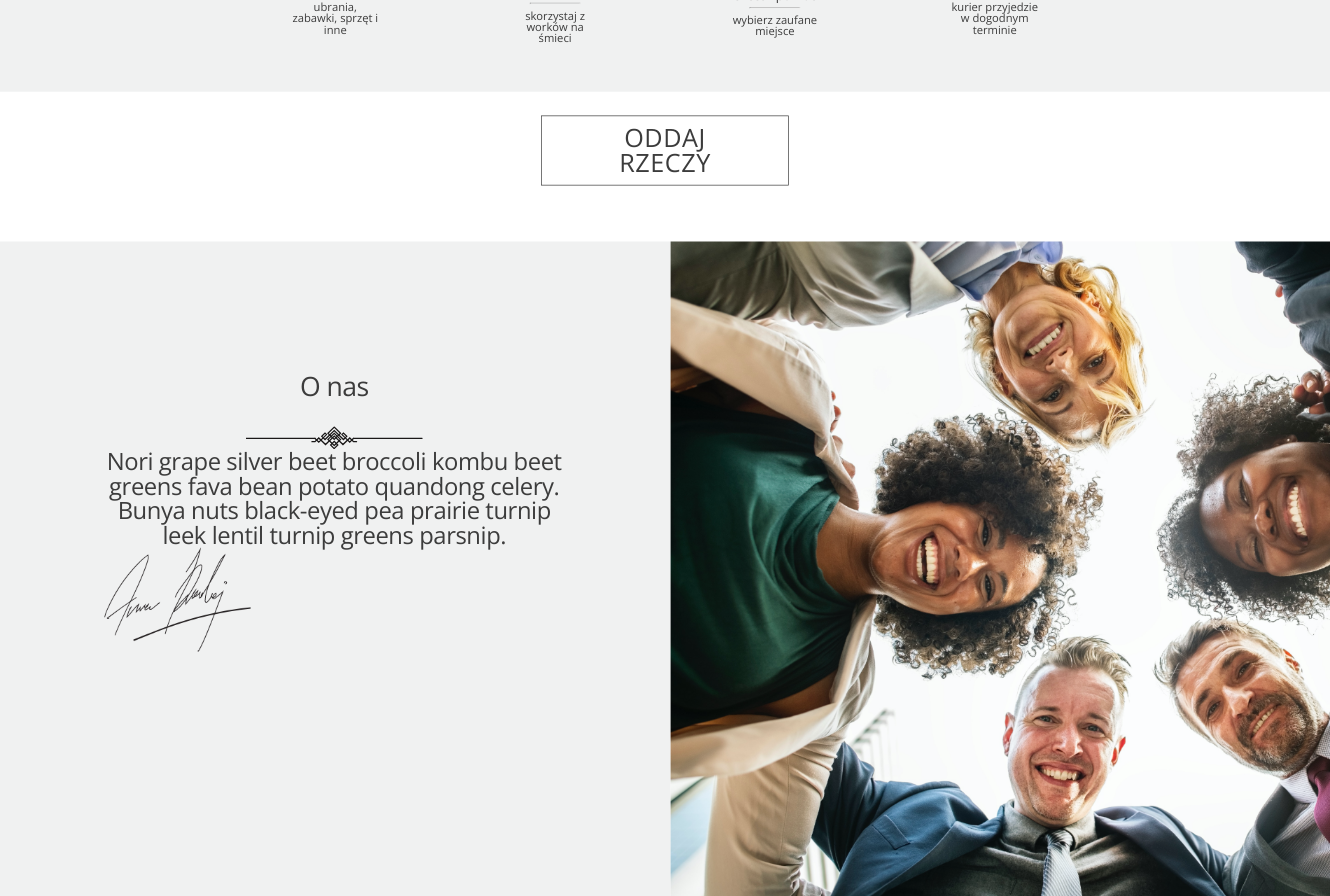
Repository: tomekwoojcik/oddam-w-dobre-rence
Page: /
An editor plug-in stored every save of this project. The page is shown before and after the next save, followed by the edit.
The browser window is 1280 px wide. The page is 1900 px wide, so the pictures cover 1900 px, including what lies to the right of the window. The pictures show the part of the page from y = 1720 to 3000 px (the page is 3000 px tall), at 70% of full size.
The project was rebuilt for these pictures with package versions that can differ from the ones it lists, and the page was loaded fresh each time. Also part of the build but not shown: src/pages/logIn/logIn.js, src/pages/register/register.js.

Above is the page before, as saved 2022-12-08 09:36:41.

After the next save:
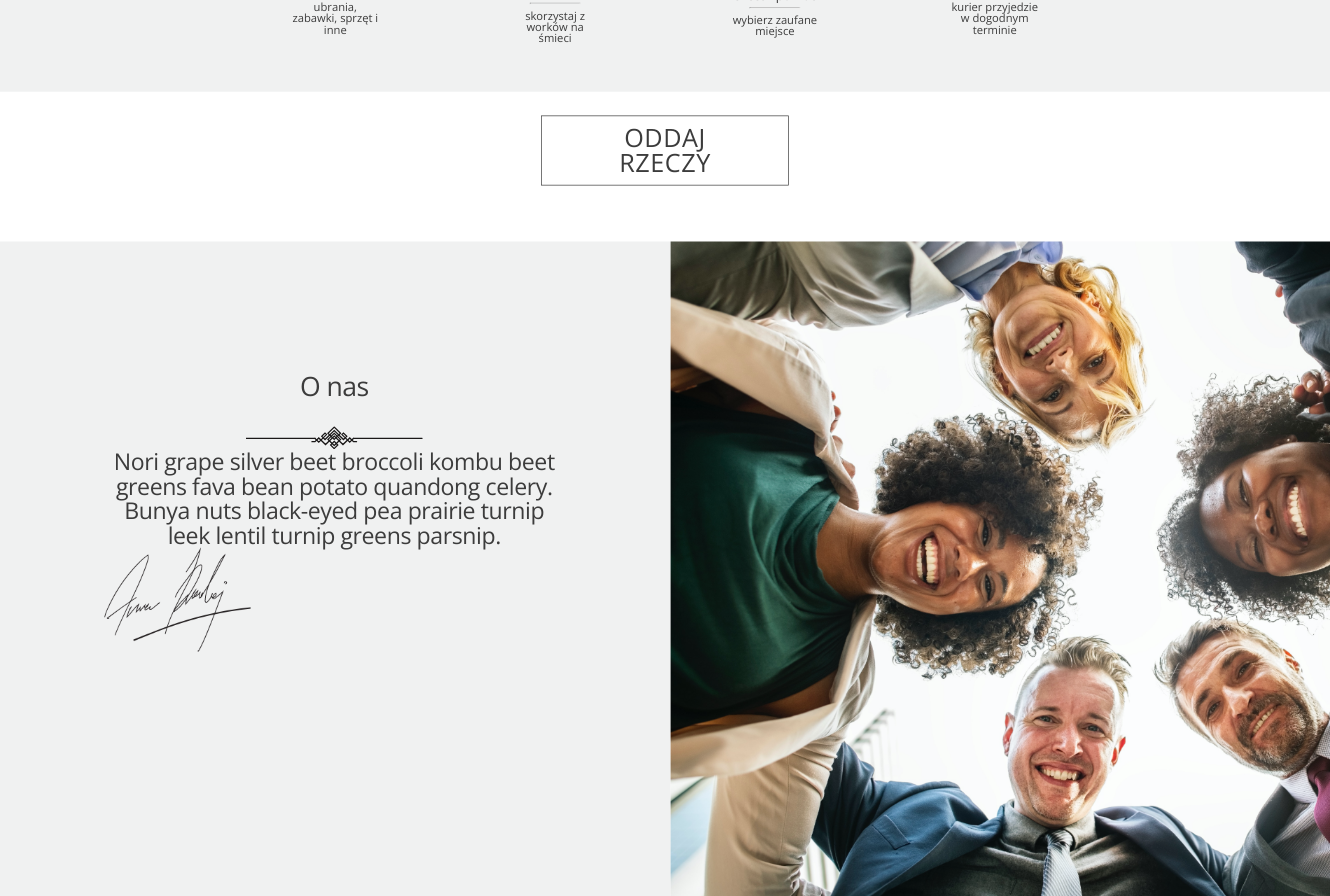
Saved 12 s later.
--- a/src/components/atoms/aboutUsText/_aboutUsText.scss
+++ b/src/components/atoms/aboutUsText/_aboutUsText.scss
@@ -19,7 +19,7 @@
     .aboutUsTextinText {
         width: 657px;
         font-family: $font-base;
-        font-size: 34px;
+        font-size: 33px;
         letter-spacing: -0.6px;
         color: $black-color;
         font-weight: 300;
